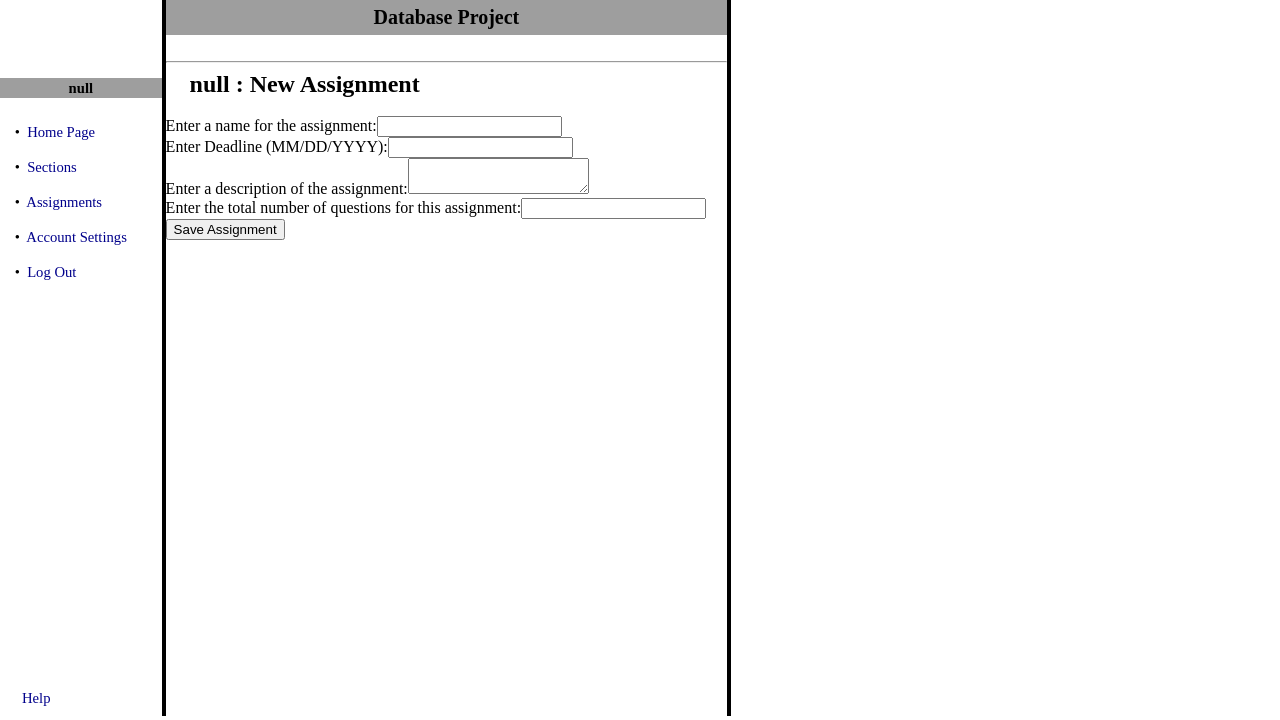
Repository: rimalp/dbproject
Page: http://localhost/AssignmentProject/new_assignment.jsp
An editor plug-in stored every save of this project. The page is shown before and after the next save, followed by the edit.
The browser window is 1280 px wide. The pictures show the whole page.
Pictures or frames that could not be fetched are drawn as grey boxes. The page is served by Tomcat 9. The template is opened directly, without the code that normally fills it, so the values that code supplies are empty.

Above is the page before, as saved 2012-11-30 01:54:16.

After the next save:
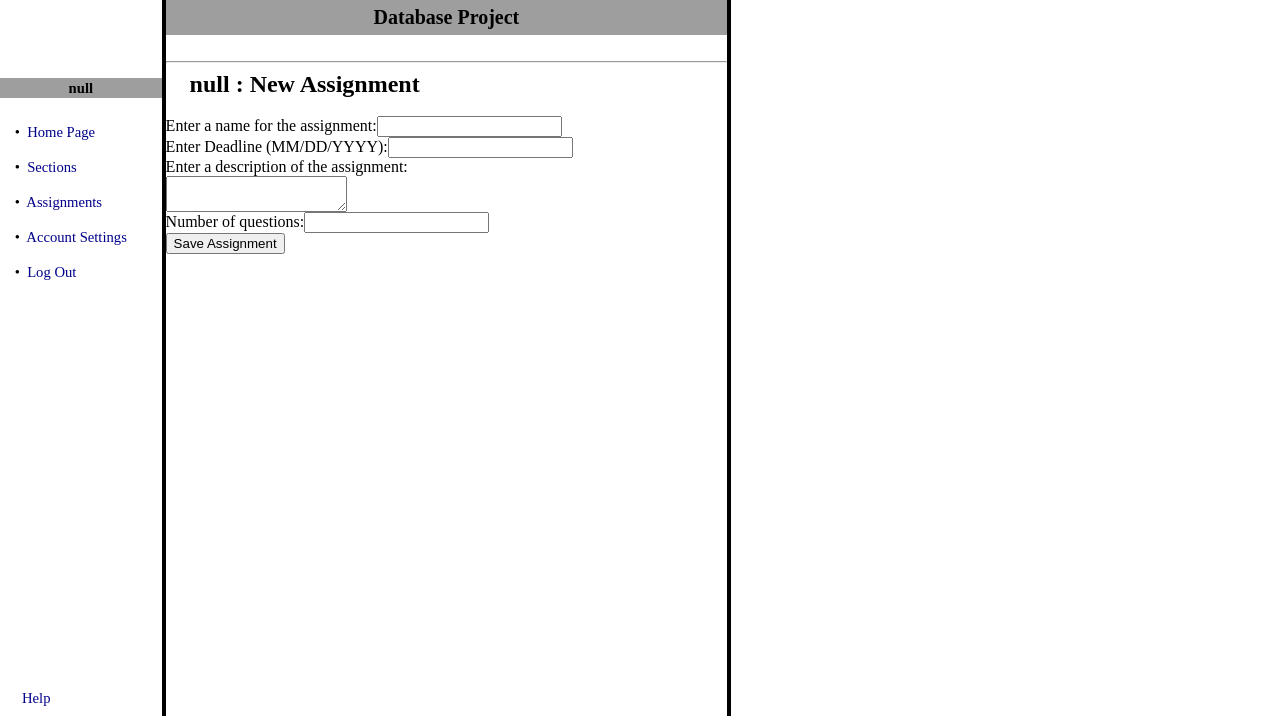
Saved 4 min 54 s later.
--- a/jsp/AssignmentProject/WebContent/new_assignment.jsp
+++ b/jsp/AssignmentProject/WebContent/new_assignment.jsp
@@ -76,21 +76,11 @@ Database Project
 <form method="post" action="make_assignment_servlet">
 Enter a name for the assignment:<input type="text" name="name"><br/>
 Enter Deadline (MM/DD/YYYY):<input type="text" name="deadline"><br/>
-Enter a description of the assignment:<textarea name="description"></textarea><br/>
-Enter the total number of questions for this assignment:<input type="text" name="numQuestions"><br/>
+Enter a description of the assignment:<br/>
+<textarea name="description"></textarea><br/>
+Number of questions:<input type="text" name="numQuestions"><br/>
 
 <input type="Submit" name="id" value="Save Assignment">
-<!--
-Enter question: <input type="text"><br/>
-Enter up to 4 potential answers:<br/>
-1) <input type="text"><br/>
-2) <input type="text"><br/>
-3) <input type="text"><br/>
-4) <input type="text"><br/>
-Path of any images needed for this problem: <input type="text"><br/>
-
-<input type="Submit" name="addQuestion" value="Add Another Question"> <input type="Submit" name="done" value="Save Assignment">
--->
 
 </form>
 
